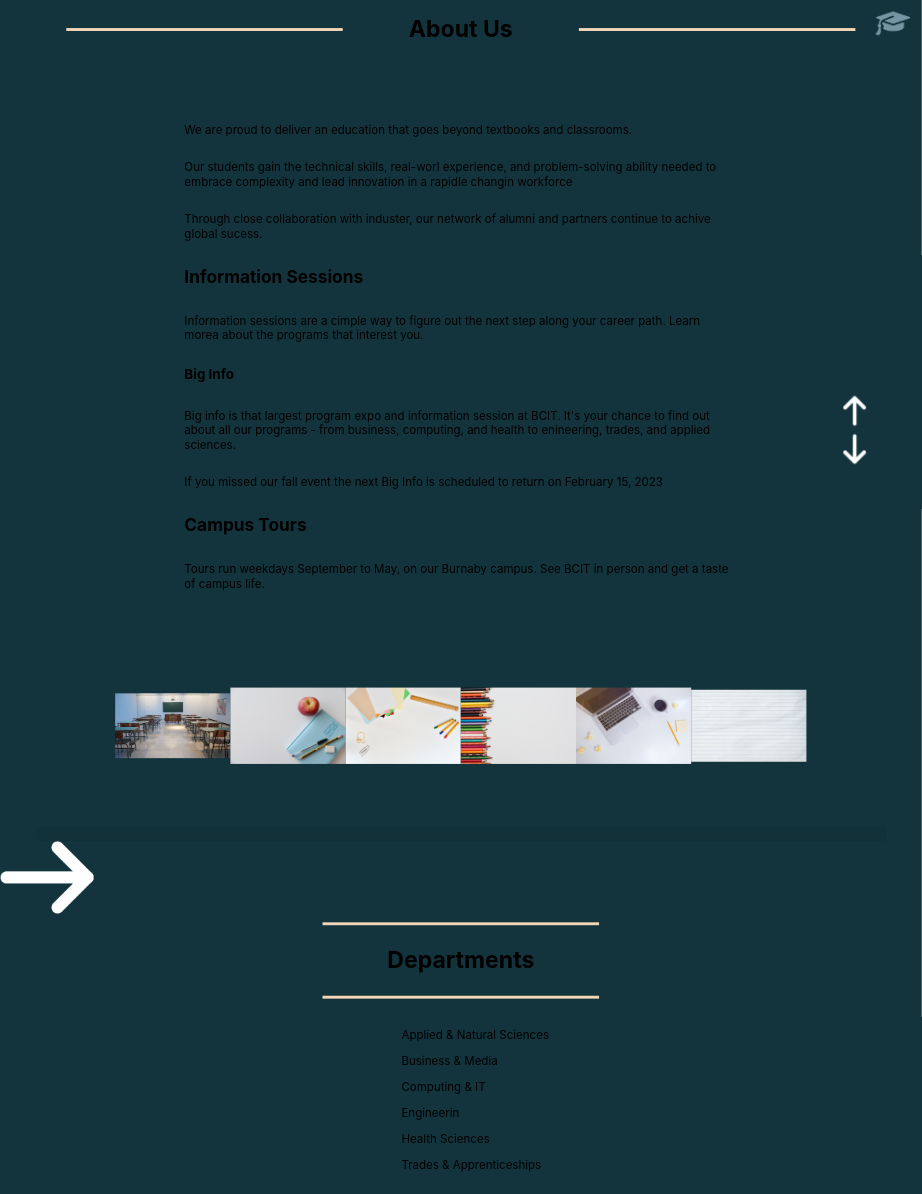
Repository: SaraShio/A01314209_Sara_Shiojima
Page: /about
These files come from the project's save history. The page is drawn as it stood at one moment and after a run of saves; the edit follows.
The browser window is 1280 px wide. The pictures show the whole page, at 72% of full size.
The project was rebuilt for these pictures with package versions that can differ from the ones it lists, and the page was loaded fresh each time. The framework's server and built-in components were replaced by stand-ins that run in the browser. Also part of the build but not shown: next.config.js.

Above is the page before, as saved 2023-02-08 22:35:56.

After the next 4 saves:
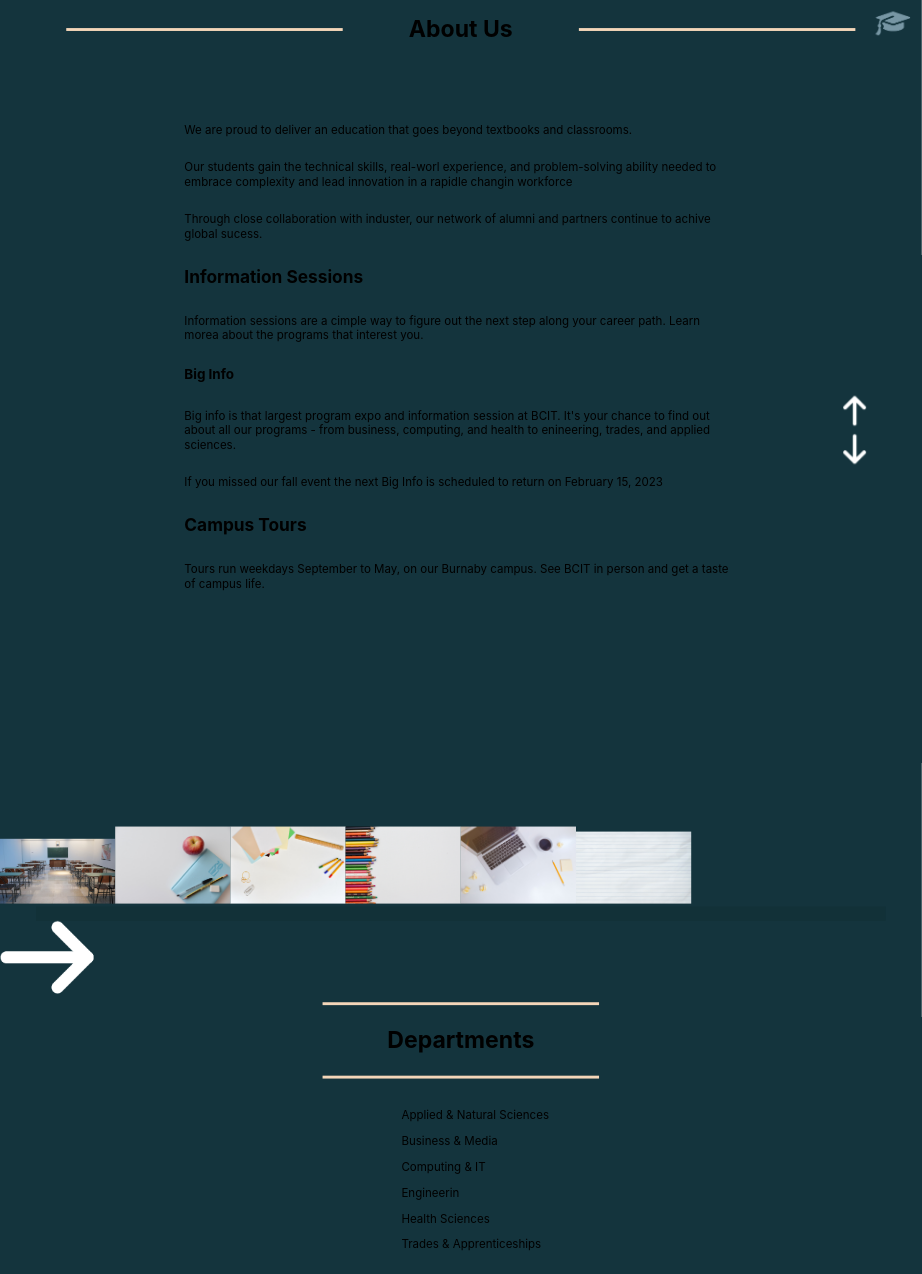
The 4 saves are shown as one change because 1 did not build or start and some came seconds apart.
The last was saved 22 s later.
--- a/pages/about.js
+++ b/pages/about.js
@@ -40,7 +40,8 @@
                     <div><p>Tours run weekdays September to May, on our Burnaby campus. See BCIT in person and get a taste of campus life.</p></div>
                 </div>
 
-                <div id="carouselImage" className={styles.carouselImage}>
+                <div >
+                <img id="carouselImage" className={styles.carouselImage}/>
                     <img className={styles.carousel} src={"carousel-images/0.jpg"} />
                     <img className={styles.carousel} src={"carousel-images/1.jpg"} />
                     <img className={styles.carousel} src={"carousel-images/2.jpg"} />
